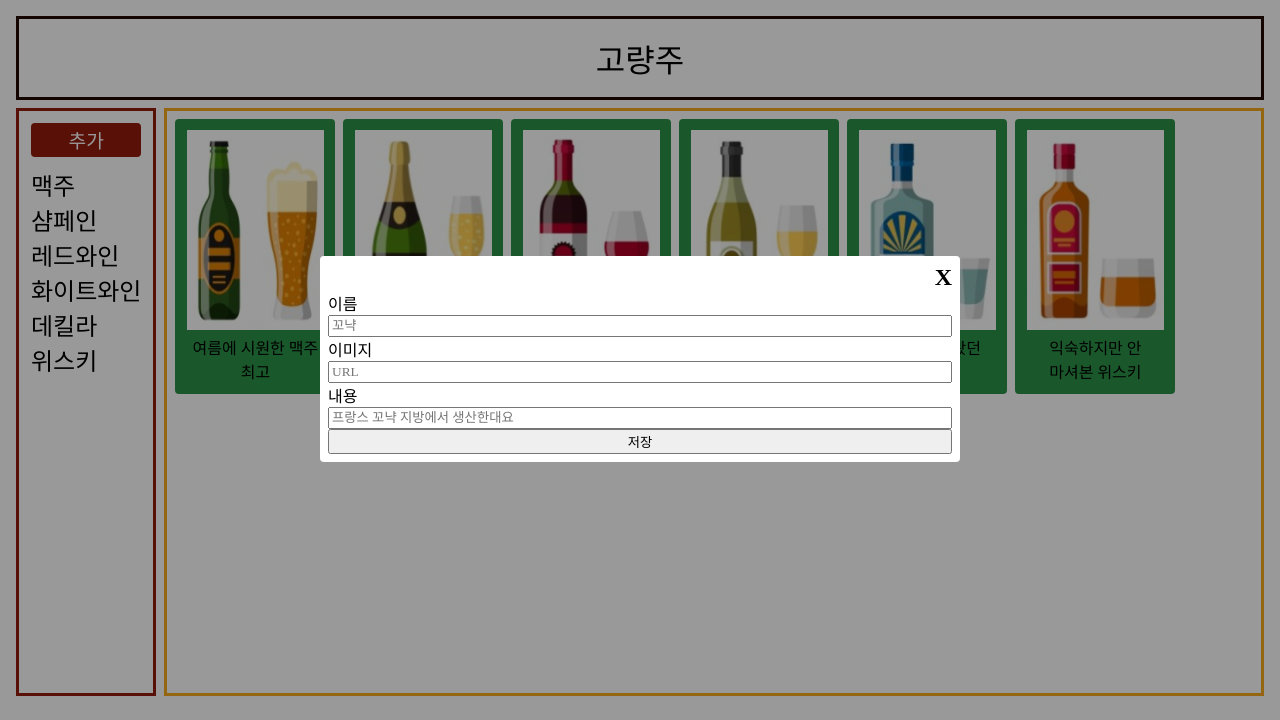
Repository: Jay-JYKim91/grj_2nd_week
Page: index.html
These files come from the project's save history. The page is drawn as it stood at one moment and after the next save; the edit follows.
The browser window is 1280 px wide. The pictures show the whole page.
Some web fonts or font styles are not loaded; a fallback is used.

Above is the page before, as saved 2022-05-16 16:50:59.

### index.html
<!DOCTYPE html>
<html lang="en">
<head>
    <meta charset="UTF-8">
    <meta http-equiv="X-UA-Compatible" content="IE=edge">
    <meta name="viewport" content="width=device-width, initial-scale=1.0">
    <title>고량주 2주차</title>
    <link rel="stylesheet" href="./styles.css">
    <script src="./main.js" defer></script>
</head>
<body>
    <header>
        <span>고량주</span>
    </header>
    <main>
        <aside>
            <button id="openModalBtn" class="btn">추가</button>
            <span>맥주</span>
            <span>샴페인</span>
            <span>레드와인</span>
            <span>화이트와인</span>
            <span>데킬라</span>
            <span>위스키</span>
        </aside>
        <section class="cards">
            <div class="card">
                <img src="./images/beer.png" alt="beer">
                <span>여름에 시원한 맥주 최고</span>
            </div>
            <div class="card">
                <img src="./images/champagne.png" alt="champagne">
                <span>사실 제일 좋아하는 샴페인</span>
            </div>
            <div class="card">
                <img src="./images/red_wine.png" alt="red_wine">
                <span>스테이크엔 역시 레드와인</span>
            </div>
            <div class="card">
                <img src="./images/white_wine.png" alt="white_wine">
                <span>홍합찜에 화이트와인 최고</span>
            </div>
            <div class="card">
                <img src="./images/tequila.png" alt="tequila">
                <span>미드에서만 봤던 데킬라</span>
            </div>
            <div class="card">
                <img src="./images/whiskey.png" alt="whiskey">
                <span>익숙하지만 안 마셔본 위스키</span>
            </div>
        </section>
    </main>

    <div id="addItemModal" class="modal">
        <form class="modal-content">
            <span class="close">X</span>
            <label for="name" class="label">이름</label>
            <input id="name" type="text" placeholder="꼬냑" class="input" maxlength="6" required/>
            <label for="image" class="label">이미지</label>
            <input id="image" type="text" placeholder="URL" class="input" required />
            <label for="content" class="label">내용</label>
            <input id="content" type="text" placeholder="프랑스 꼬냑 지방에서 생산한대요" class="input" required />
            <button type="submit" class="submit-button">저장</button>
        </form>
    </div>
</body>
</html>

### styles.css
@import url("https://fonts.googleapis.com/css2?family=Hahmlet:wght@400;500&display=swap");

* {
  box-sizing: border-box;
  font-family: "Hahmlet", serif;
}

html,
body {
  height: 100%;
  margin: 0;
}

body {
  padding: 1rem;
}

header {
  border: 3px solid #220901;
  padding: 0.5em;
  font-size: 2rem;
  text-align: center;
}

main {
  display: flex;
  margin: 0.5rem 0;
  gap: 0.5rem;
  height: calc(100% - 100px);
}

aside {
  display: flex;
  flex-direction: column;
  border: 3px solid #941b0c;
  padding: 0.5em;
  font-size: 1.5rem;
  min-width: max-content;
}

.btn {
  background-color: #941b0c;
  border-radius: 4px;
  border: 2px solid #941b0c;
  color: white;
  font-size: 1.2rem;
  margin-bottom: 0.5em;
}

.btn:hover {
  background-color: white;
  color: #941b0c;
  cursor: pointer;
}

.cards {
  display: flex;
  flex-wrap: wrap;
  border: 3px solid #f6aa1c;
  padding: 0.5em;
  gap: 0.5em;
  overflow-y: scroll;
  width: 100%;
}

.card {
  display: flex;
  flex-direction: column;
  background-color: #2b9348;
  padding: 0.7em;
  text-align: center;
  word-break: keep-all;
  height: fit-content;
  border-radius: 4px;
  width: 10rem;
}

.card img {
  height: 200px;
  margin-bottom: 0.3em;
}

@media only screen and (max-width: 600px) {
  .card {
    background-color: #ffff3f;
  }
}

@media only screen and (min-width: 601px) and (max-width: 768px) {
  .card {
    background-color: #d4d700;
  }
}

@media only screen and (min-width: 769px) and (max-width: 992px) {
  .card {
    background-color: #80b918;
  }
}

/* The Modal (background) */
.modal {
  /* display: none; Hidden by default */
  position: fixed; /* Stay in place */
  z-index: 1; /* Sit on top */
  left: 0;
  top: 0;
  width: 100%; /* Full width */
  height: 100%; /* Full height */
  overflow: auto; /* Enable scroll if needed */
  background-color: rgb(0, 0, 0); /* Fallback color */
  background-color: rgba(0, 0, 0, 0.4); /* Black w/ opacity */
}

/* Modal Content/Box */
.modal-content {
  background-color: white;
  margin: 20% auto; /* 15% from the top and centered */
  padding: 0.5em;
  border-radius: 4px;
  width: 50%; /* Could be more or less, depending on screen size */
  display: flex;
  flex-direction: column;
}

/* The Close Button */
.close {
  color: black;
  text-align: right;
  font-size: 1.5rem;
  font-weight: bold;
}

.close:hover,
.close:focus {
  cursor: pointer;
}

Loaded but not shown: main.js (common file)

After the next save:
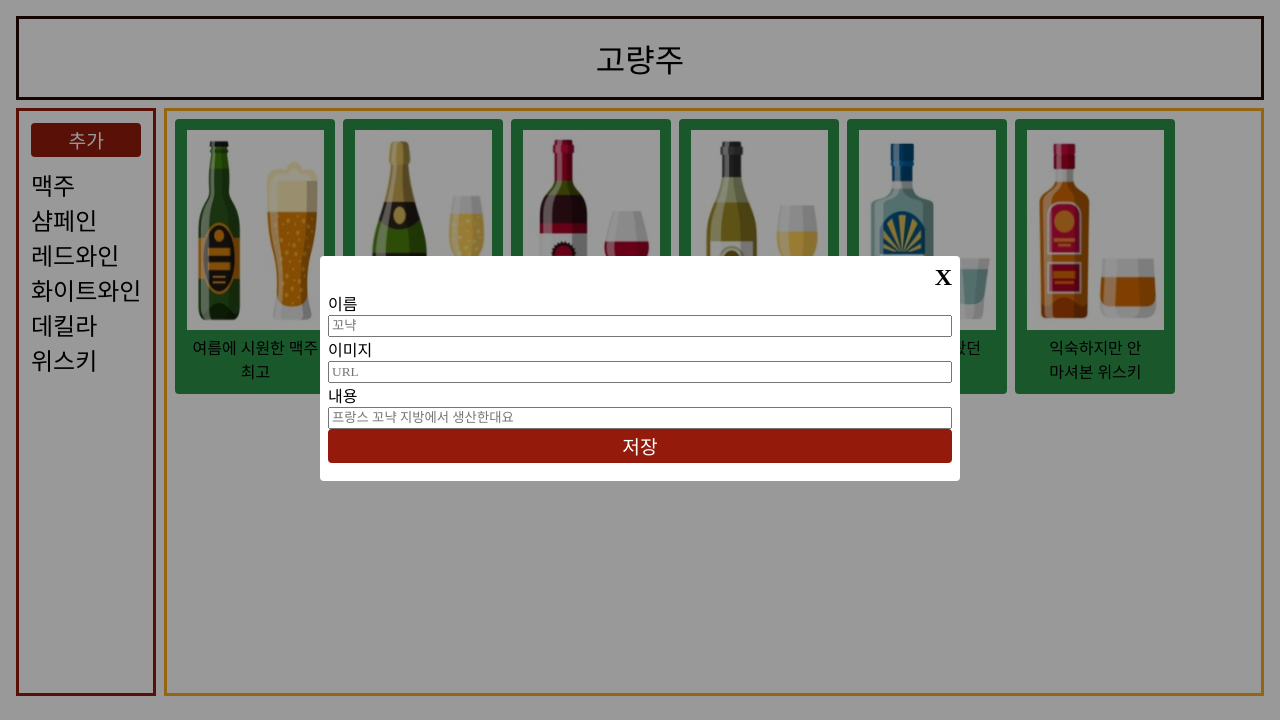
Saved 11 s later.
--- a/index.html
+++ b/index.html
@@ -59,7 +59,7 @@
             <input id="image" type="text" placeholder="URL" class="input" required />
             <label for="content" class="label">내용</label>
             <input id="content" type="text" placeholder="프랑스 꼬냑 지방에서 생산한대요" class="input" required />
-            <button type="submit" class="submit-button">저장</button>
+            <button type="submit" class="btn">저장</button>
         </form>
     </div>
 </body>
